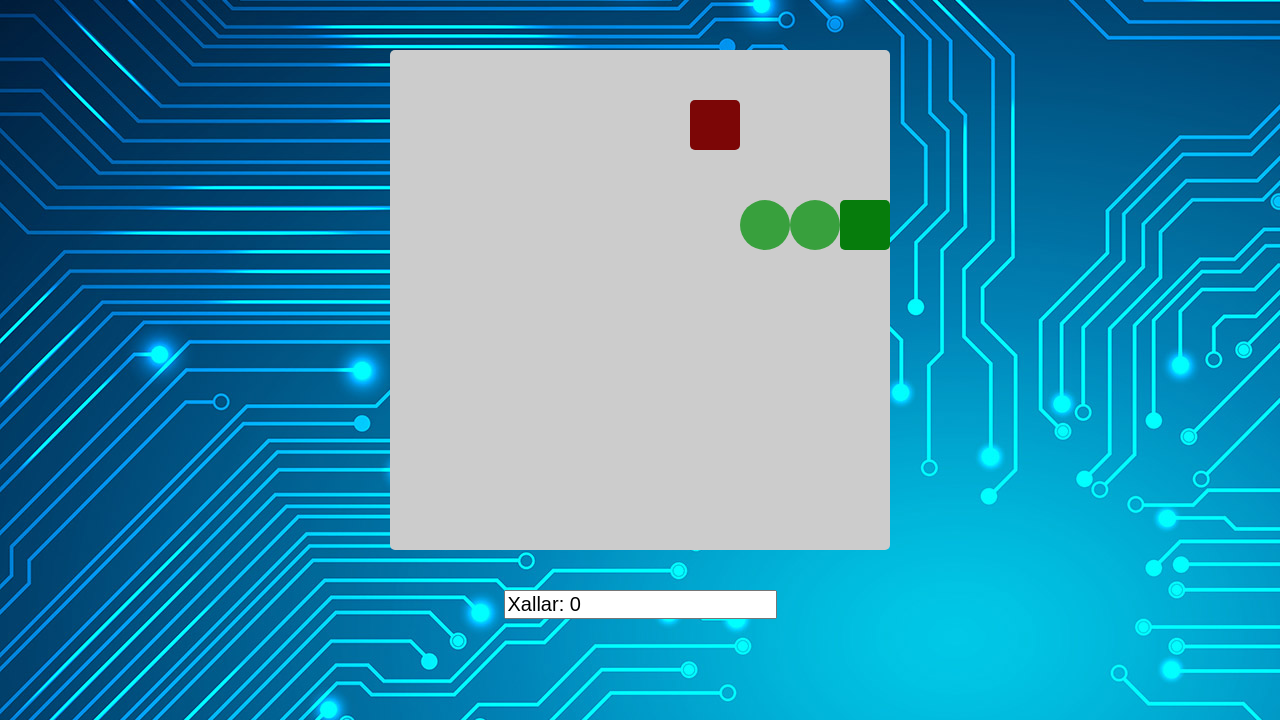
Repository: elvinyeka/SnakeGame
Page: index.html
An editor plug-in stored every save of this project. The page is shown before and after the next save, followed by the edit.
The browser window is 1280 px wide. The pictures show the whole page.

Above is the page before, as saved 2020-11-08 19:48:10.

After the next save:
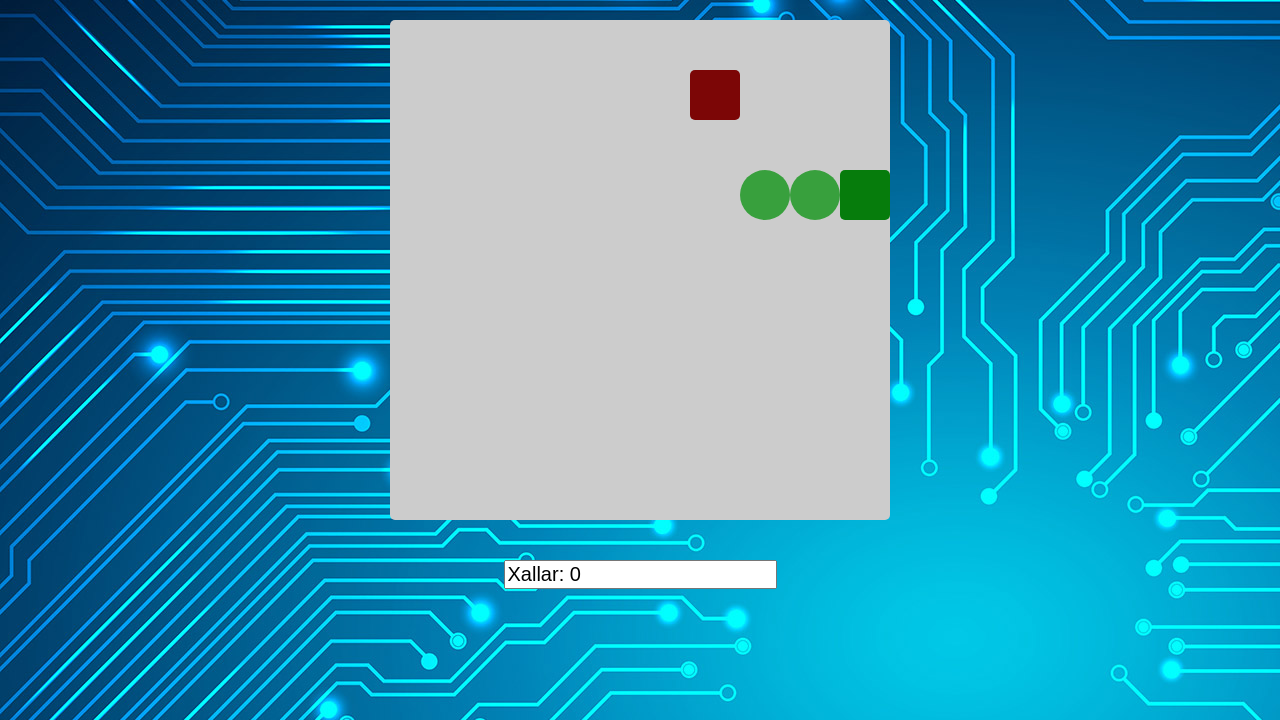
Saved 27 s later.
--- a/css/style.css
+++ b/css/style.css
@@ -3,7 +3,7 @@
 }
 
 body {
-    margin: 50px;
+    margin: 20px;
     background-image: url(../img/bg-digital.jpg);
 }
 
